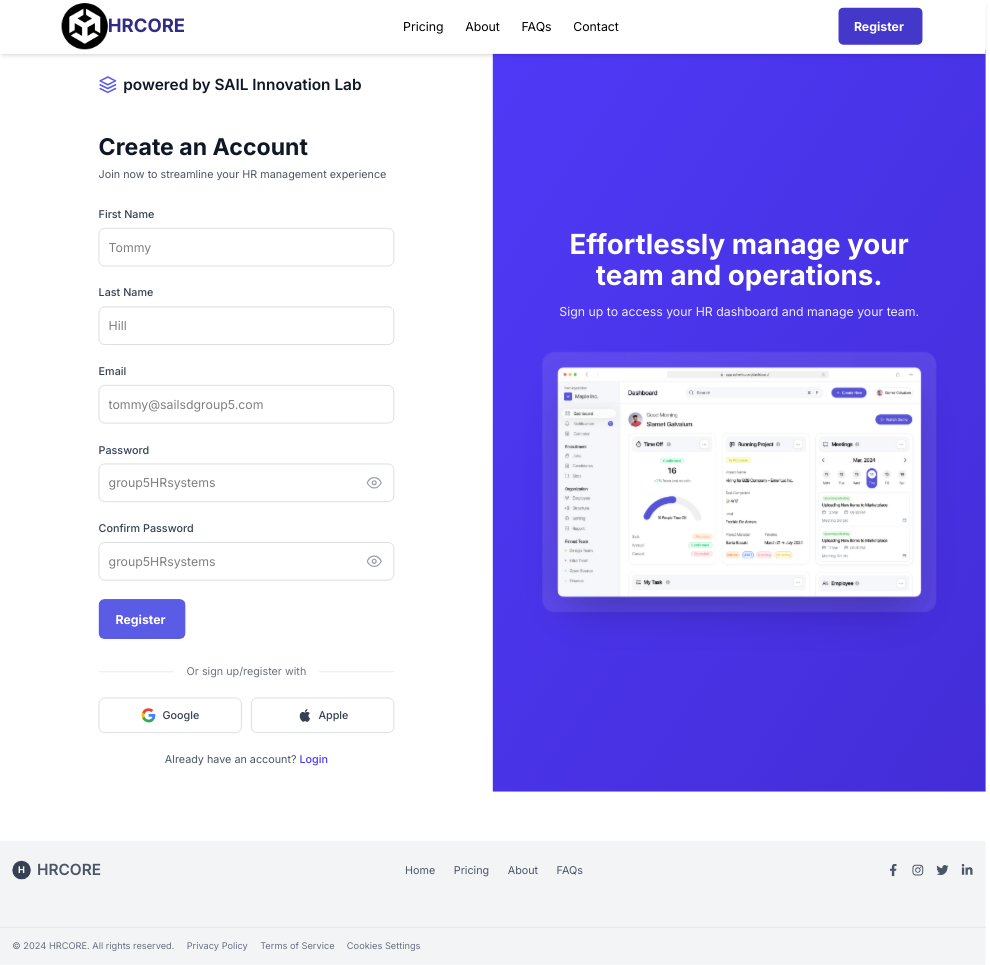
Repository: SAIL-GROUP-5-HR-WEB-APP/HR-WEB
Page: /signup
The author's editor kept a copy of each file at every save. The page is drawn from the files as they stood at one save, then again after the next save.
The browser window is 1280 px wide. The page is 1280 px wide, then 1286 px, then 1280 px, so the pictures cover 1286 px, including what lies to the right of the window. The pictures show the whole page, at 77% of full size.
The project was rebuilt for these pictures with package versions that can differ from the ones it lists, and the page was loaded fresh each time. Also part of the build but not shown: vite.config.ts, src/Components/Block/home/Hero.tsx, src/Components/Block/home/Companies.tsx, src/Components/Block/home/Body.tsx, src/Components/Block/home/HowItWorks.tsx, src/Components/Block/home/HowOne.tsx, src/Components/Block/home/HowTwo.tsx, src/Components/Block/home/Testimonial.tsx and 8 more.

Above is the page before, as saved 2025-08-13 15:26:41.

After the next save:
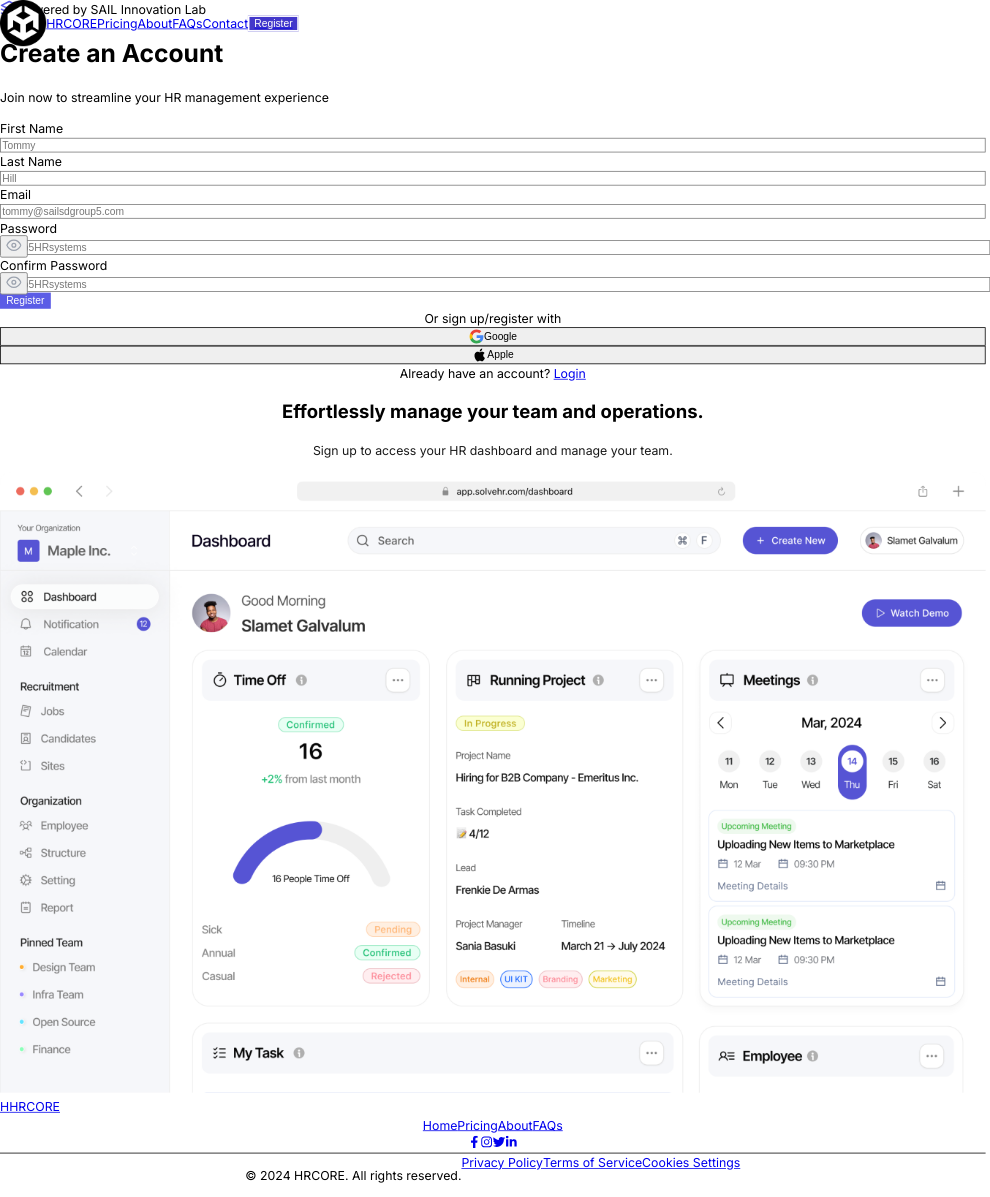
Saved 7 min 27 s later.
--- a/src/index.css
+++ b/src/index.css
@@ -2,14 +2,9 @@
 @tailwind components;
 @tailwind utilities;
 
-@import "tailwindcss";
-
-@theme {
+:root {
   --breakpoint-tablet: 800px;
   --breakpoint-mobile: 500px;
-}
-
-:root {
   line-height: 1.5;
   font-weight: 400;
 }

After the 2 saves that followed:
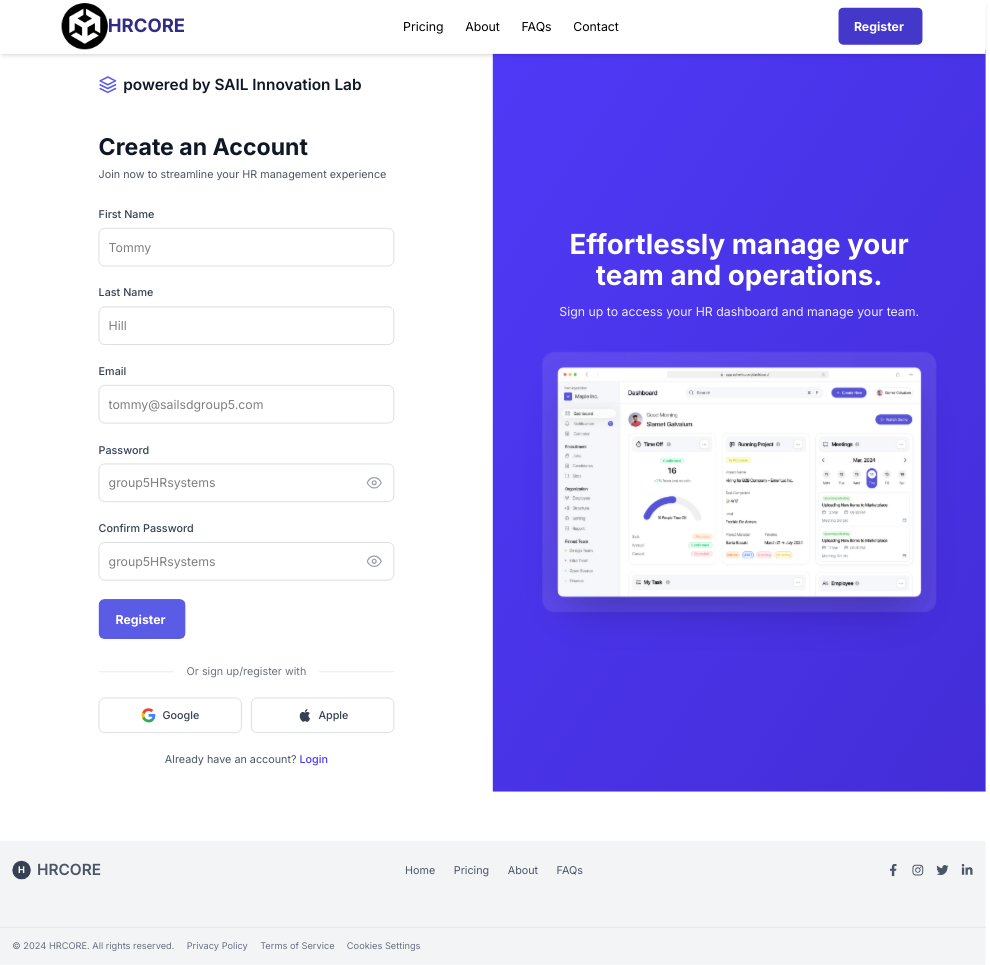
The 2 saves are shown as one change because they came seconds apart.
The last was saved 18 s later.
--- a/src/index.css
+++ b/src/index.css
@@ -2,9 +2,14 @@
 @tailwind components;
 @tailwind utilities;
 
-:root {
+@import "tailwindcss";
+
+@theme {
   --breakpoint-tablet: 800px;
   --breakpoint-mobile: 500px;
+}
+
+:root {
   line-height: 1.5;
   font-weight: 400;
 }
